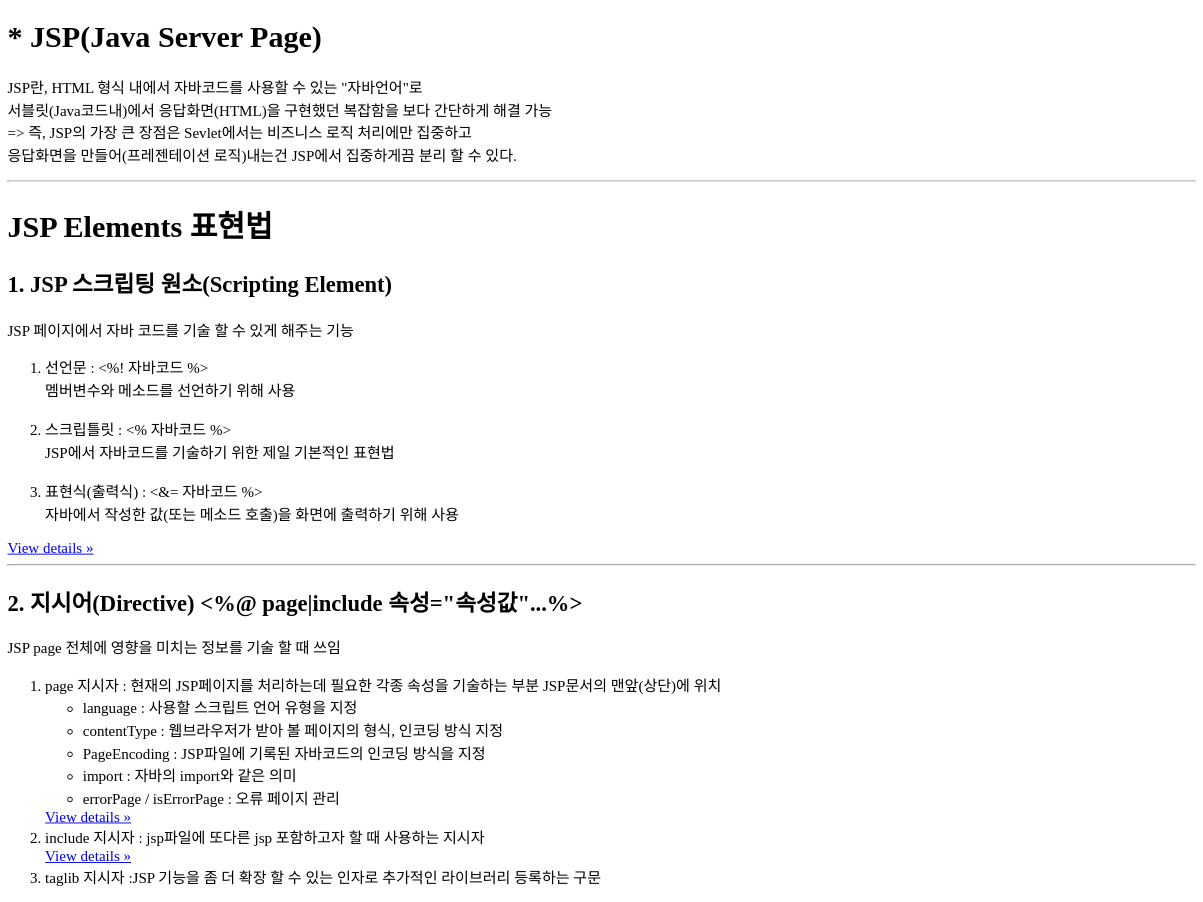
Repository: pje00427/webserver_workspace1
Page: 2_JSP/WebContent/index.html
These files come from the project's save history. The page is drawn as it stood at one moment and after the next save; the edit follows.
The browser window is 1280 px wide. The pictures show the whole page, at 94% of full size.

Above is the page before, as saved 2020-08-31 03:32:17.

After the next save:
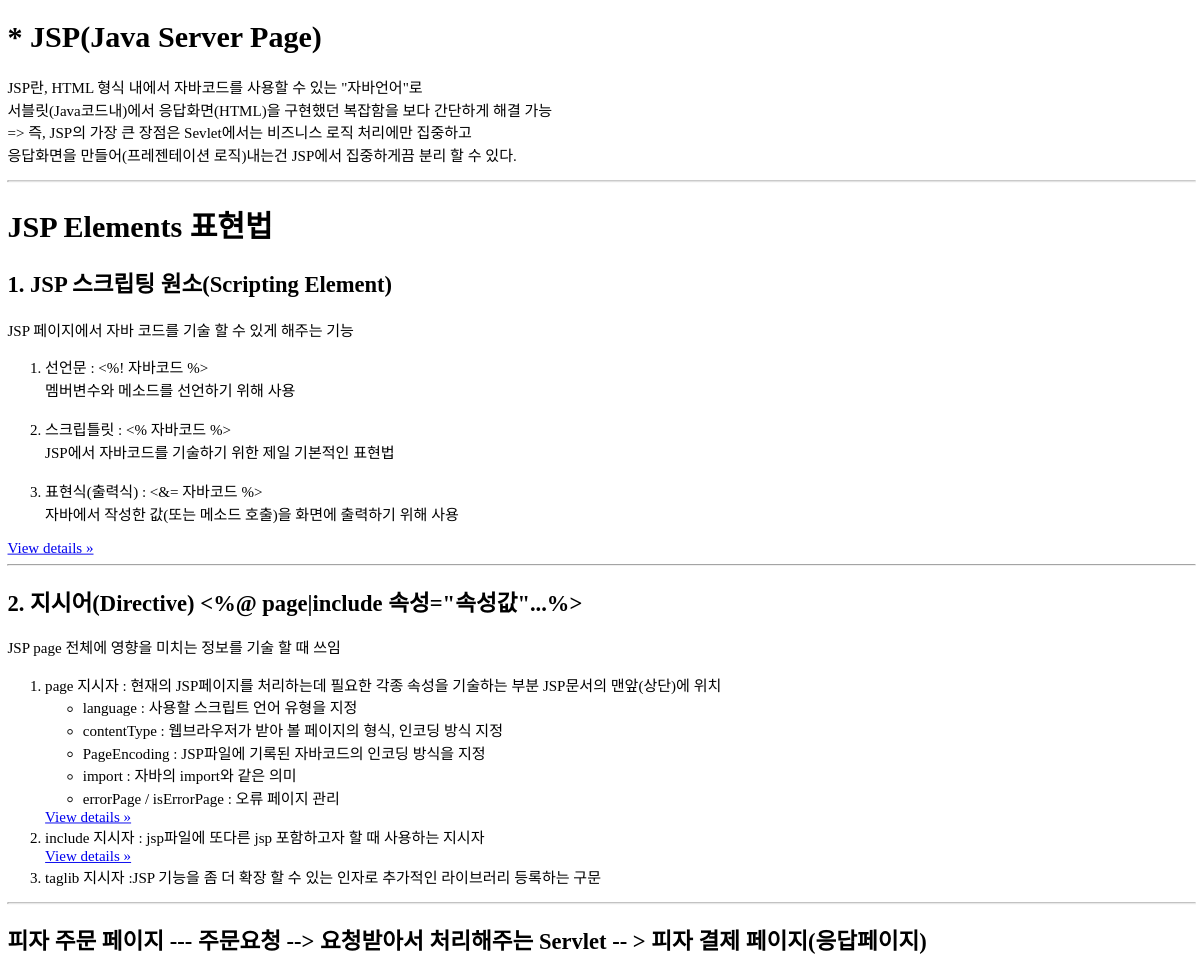
Saved 96 s later.
--- a/2_JSP/WebContent/index.html
+++ b/2_JSP/WebContent/index.html
@@ -64,7 +64,9 @@
 		</li>
 	</ol>
 
-
+	<hr>
+	<h2>피자 주문 페이지 --- 주문요청 --> 요청받아서 처리해주는 Servlet -- > 피자 결제 페이지(응답페이지)</h2>
+	<a href="04_pizzaOrderForm.jsp"></a>
 
 </body>
 </html>
